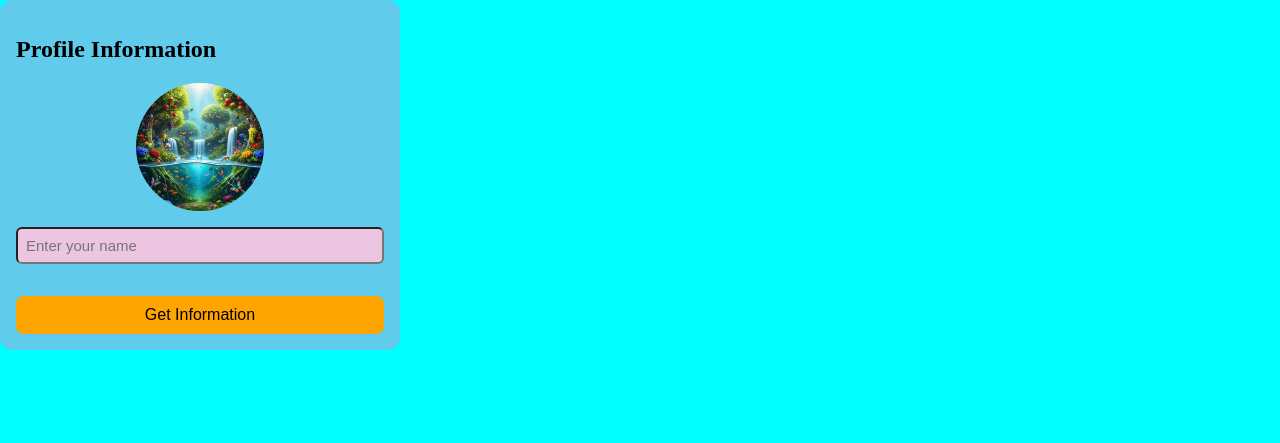
Repository: Amani-Kibet/express-app-web
Page: pages/contents/profile.html
The author's editor kept a copy of each file at every save. The page is drawn from the files as they stood at one save, then again after the next save.
The browser window is 1280 px wide. The pictures show the whole page.

Above is the page before, as saved 2025-09-28 16:52:52.

After the next save:
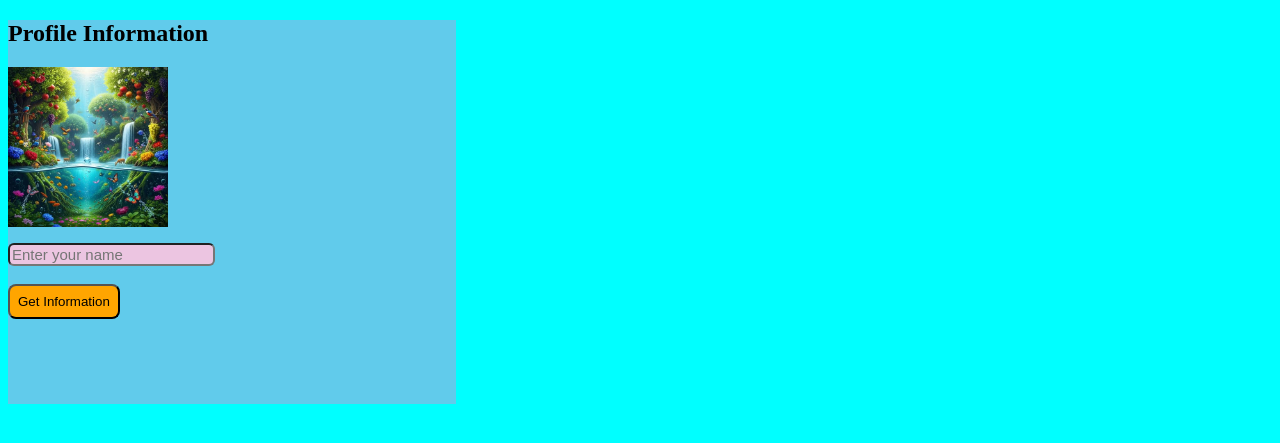
Saved 26 s later.
--- a/pages/contents/profile.html
+++ b/pages/contents/profile.html
@@ -1,55 +1,32 @@
 <!DOCTYPE html>
 <head>
     <title>Profile Page</title>
-    <meta name="viewport" content="width=device-width, initial-scale=1.0">
     <style>
         body{
             background-color: cyan;
-            margin: 0;
-            padding: 0;
-            min-height: 100vh;
         }
         #container{
             background-color: rgb(97, 203, 235);
-            height: auto;
-            width: 100vw;
-            max-width: 400px;
-            padding: 1rem;
-            border-radius: 12px;
-            box-sizing: border-box;
+            height: 24rem;
+            width: 28rem
         }
         #image{
             background: url(/pictures/profilePic.jpg);
             background-size: cover;
-            background-position: center;
-            width: 8rem;
-            height: 8rem;
-            border-radius: 50%;
-            margin: 0 auto 1rem;
+            width: 10rem;
+            height: 10rem;
         }
         .labels{
             color: rgb(170, 10, 10);
-            font-size: 16px;
-            margin-top: 0.8rem;
+            font-size: 18px;
+            margin-top: 1rem;
             border-radius: 6px;
-            display: block;
-            width: 100%;
-            box-sizing: border-box;
-        }
-        #nameT{
-            font-size: 15px;
-            background: #ecc5e1;
-            color: rgb(0, 38, 255);
-            padding: 0.5rem;
+
         }
         #btn1{
             background-color: orange;
-            padding: 10px;
+            padding: 8px;
             border-radius: 8px;
-            margin-top: 1rem;
-            width: 100%;
-            border: none;
-            font-size: 16px;
         }
     </style>
 </head>
@@ -57,26 +34,31 @@
     <div id="container">
         <h2>Profile Information</h2>
         <div id="image"></div>
-        <input type="text" id="nameT" class="labels" placeholder="Enter your name">
+        <input type="text" id="nameT" class="labels" placeholder="Enter your name" style="font-size: 15px; background: #ecc5e1; color: rgb(0, 38, 255)">
         <p id="phoneT" class="labels"></p>
         <p id="passT" class="labels"></p>
         <button id="btn1" onclick="getInfo()">Get Information</button>
     </div>
 </body>
 <script>
+let phoneV= document.getElementById("phoneV");
+let passV= document.getElementById("passV");
+
 function getInfo(){
-    let nameT= document.getElementById("nameT").value;
-    fetch("/path3", {
-        method: "POST",
-        headers: {"Content-Type": "application/json"},
-        body: JSON.stringify({name: `${nameT}`})
-    })
-    .then(type=> type.json())
-    .then(data=>{
-        let info= data.arr[0]
-        phoneT.innerHTML="Phone Number: " + info.phone;
-        passT.innerHTML="Password: " + info.password;
-    })
+let nameT= document.getElementById("nameT").value;
+fetch("/path3", {
+    method: "POST",
+    headers: {"Content-Type": "application/json"},
+    body: JSON.stringify({name: `${nameT}`})
+})
+.then(type=> type.json())
+.then(data=>{
+    let info= data.arr[0]
+    phoneT.innerHTML="Phone Number: ";
+    passT.innerHTML="Password: ";
+    phoneT.innerHTML+= `  ${info.phone}`;
+    passT.innerHTML+= `  ${info.password}`;
+})
 }
 </script>
 </html>
